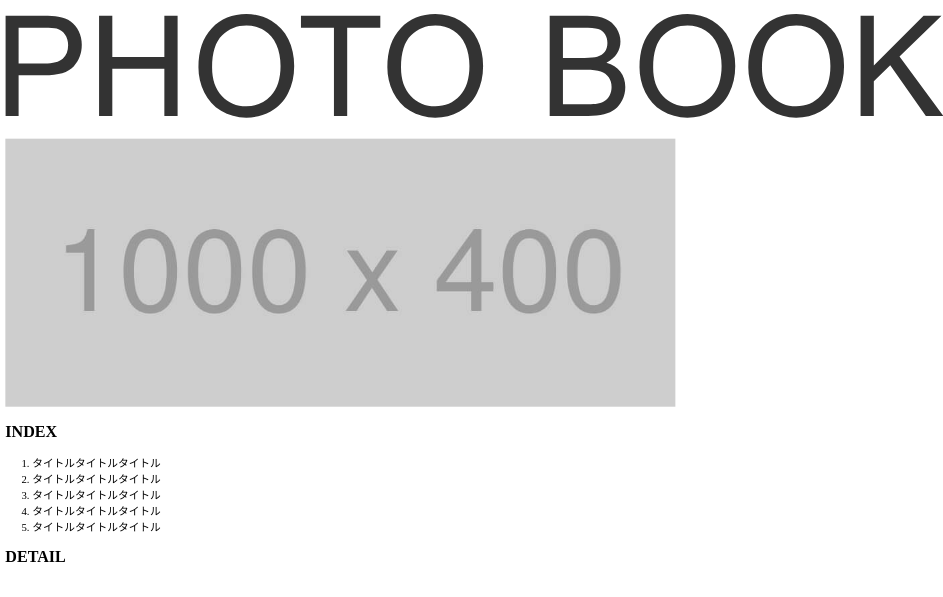
Repository: Fuki-san/photo-book-1
Page: http://localhost/photo
The author's editor kept a copy of each file at every save. The page is drawn from the files as they stood at one save, then again after the next save.
The browser window is 1280 px wide. The page is 1408 px wide, so the pictures cover 1408 px, including what lies to the right of the window. The pictures show the whole page, at 67% of full size.
The page is served by the project's Laravel application, run on PHP 8.4 with Laravel 10.

Above is the page before, as saved 2023-11-28 15:46:27.

After the next save:
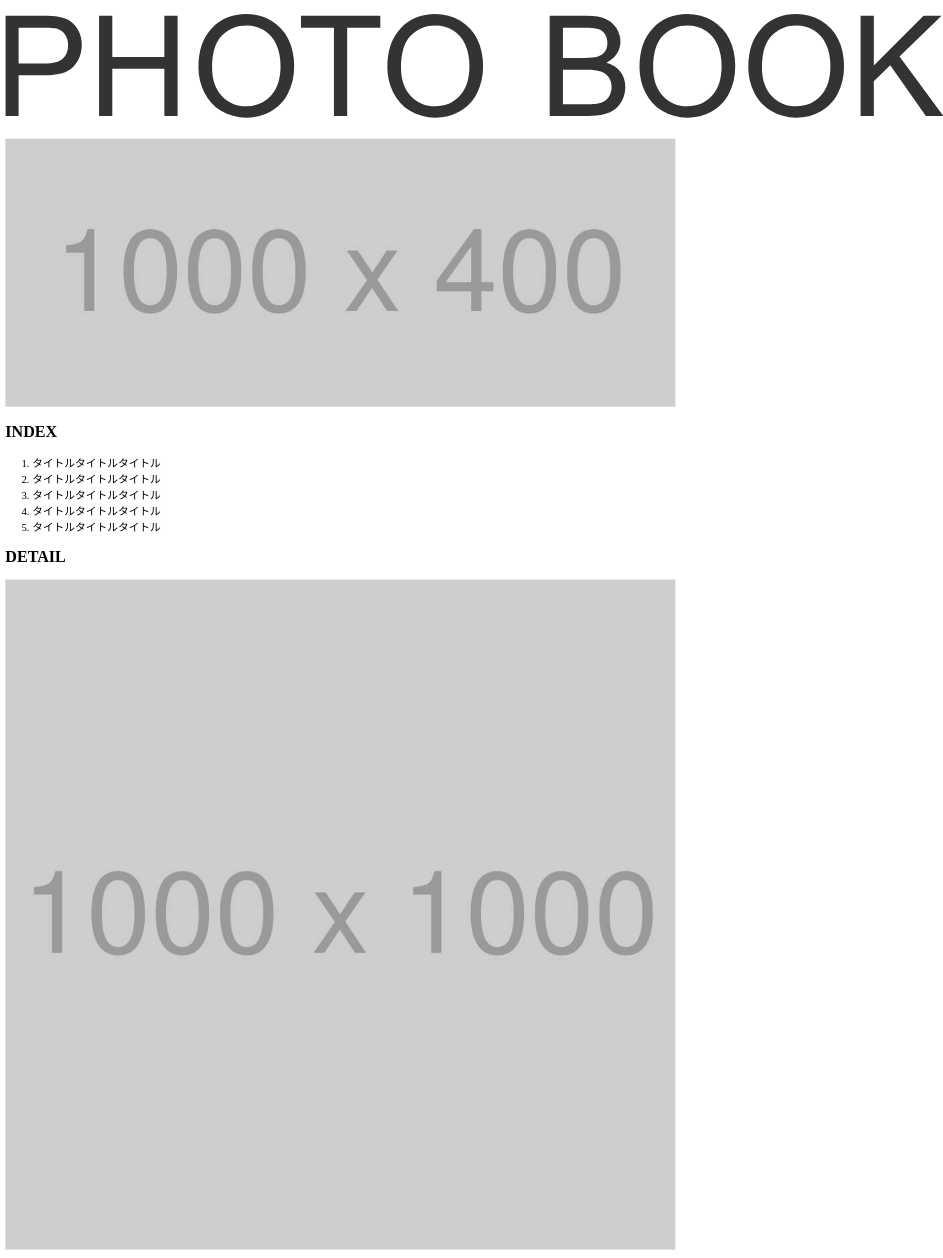
Saved 5 s later.
--- a/resources/views/photo.blade.php
+++ b/resources/views/photo.blade.php
@@ -28,7 +28,7 @@
             <section id="detail">
                 <div class="content">
                     <h2 class="sec-title">DETAIL</h2>
-                    <div class="detail-img"><img src="img/" alt=""></div>
+                    <div class="detail-img"><img src="img/detail.jpg" alt=""></div>
                 </div>
             </section>
         </main>
